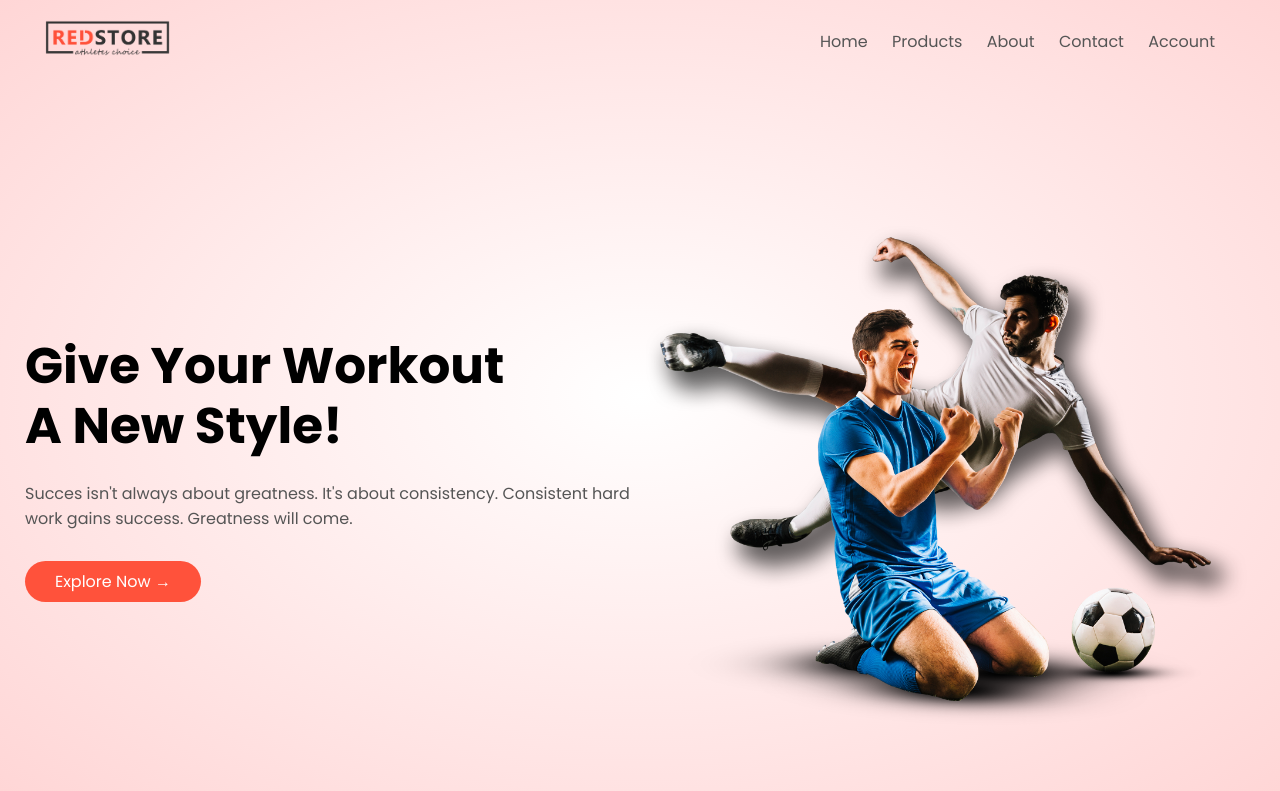
Repository: datvu1608/redsportstore
Page: index.html
These files come from the project's save history. The page is drawn as it stood at one moment and after the next save; the edit follows.
The browser window is 1280 px wide. The pictures show the whole page.

Above is the page before, as saved 2023-11-22 23:14:35.

### index.html
<!DOCTYPE html>
<html lang="en">
  <head>
    <meta charset="UTF-8" />
    <meta name="viewport" content="width=device-width, initial-scale=1.0" />
    <title>Restore | Ecommerce Website Design</title>
    <link
      href="https://fonts.googleapis.com/css2?family=Poppins:wght@300;400;500;600;700&display=swap"
      rel="stylesheet"
    />
    <link rel="stylesheet" href="./styles.css" />
  </head>
  <body>
    <div class="header">
      <div class="container">
        <div class="navbar">
          <div class="logo">
            <img src="./images/logo.png" alt="" width="125px" />
          </div>
          <nav>
            <ul>
              <li>
                <a href="#">Home</a>
              </li>
              <li>
                <a href="#">Products</a>
              </li>
              <li>
                <a href="#">About</a>
              </li>
              <li>
                <a href="#">Contact</a>
              </li>
              <li>
                <a href="#">Account</a>
              </li>
            </ul>
          </nav>
          <img src="" alt="" />
        </div>
        <div class="row">
          <div class="col-2">
            <h1>Give Your Workout <br />A New Style!</h1>
            <p>
              Succes isn't always about greatness. It's about consistency.
              Consistent hard work gains success. Greatness will come.
            </p>
            <a href="" class="btn">Explore Now &#8594;</a>
          </div>
          <div class="col-2">
            <img src="./images/image1.png" alt="" />
          </div>
        </div>
      </div>
    </div>
  </body>
</html>

### styles.css
* {
  margin: 0;
  padding: 0;
  box-sizing: border-box;
}
body {
  font-family: 'Poppins', sans-serif;
}
.navbar {
  display: flex;
  align-items: center;
  padding: 20px;
}
nav {
  flex: 1;
  text-align: right;
}
nav ul {
  display: inline-block;
  list-style-type: none;
}
nav ul li {
  display: inline-block;
  margin-right: 20px;
}
nav ul li a {
  text-decoration: none;
  color: #555;
}

p {
  color: #555;
}
.container {
  max-width: 1300px;
  margin: auto;
  padding-left: 25px;
  padding-right: 25px;
}
.row {
  display: flex;
  align-items: center;
  flex-wrap: wrap;
  justify-content: space-around;
}
.col-2 {
  flex-basis: 50%;
  min-width: 300px;
}
.col-2 img {
  max-width: 100%;
  padding: 50px 0;
}
.col-2 h1 {
  font-size: 50px;
  line-height: 60px;
  margin: 25px 0;
}
.btn {
  display: inline-block;
  background: #ff523b;
  border-radius: 30px;
  color: #fff;
  padding: 8px 30px;
  margin: 30px 0;
  text-decoration: none;
}
.header {
  background: radial-gradient(#fff, #ffd6d6);
}
.header .row {
  margin-top: 70px;
}

After the next save:
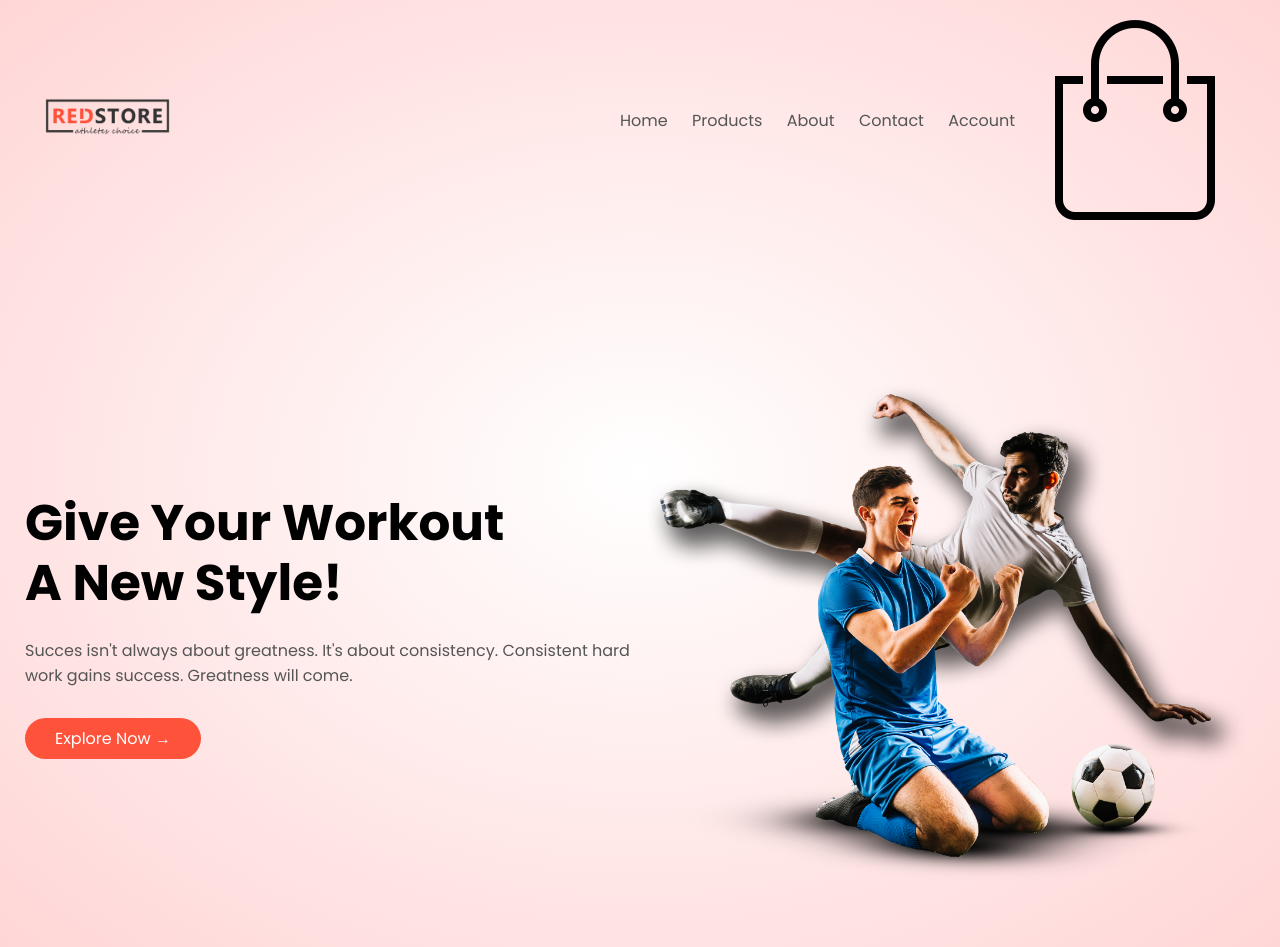
Saved 7 s later.
--- a/index.html
+++ b/index.html
@@ -36,7 +36,7 @@
               </li>
             </ul>
           </nav>
-          <img src="" alt="" />
+          <img src="./images/cart.png" alt="" />
         </div>
         <div class="row">
           <div class="col-2">

After the save that followed:
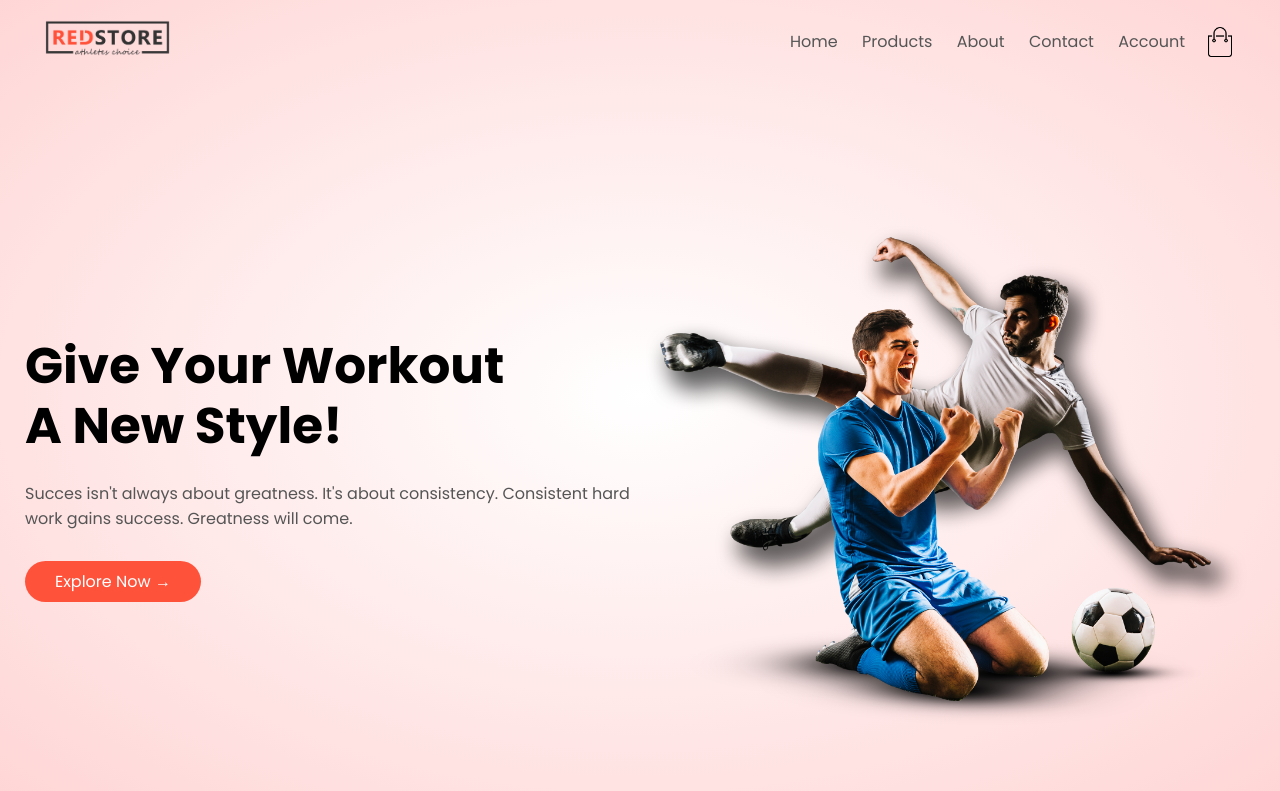
Saved 10 s later.
--- a/index.html
+++ b/index.html
@@ -36,7 +36,7 @@
               </li>
             </ul>
           </nav>
-          <img src="./images/cart.png" alt="" />
+          <img src="./images/cart.png" width="30px" height="30px" alt="" />
         </div>
         <div class="row">
           <div class="col-2">
